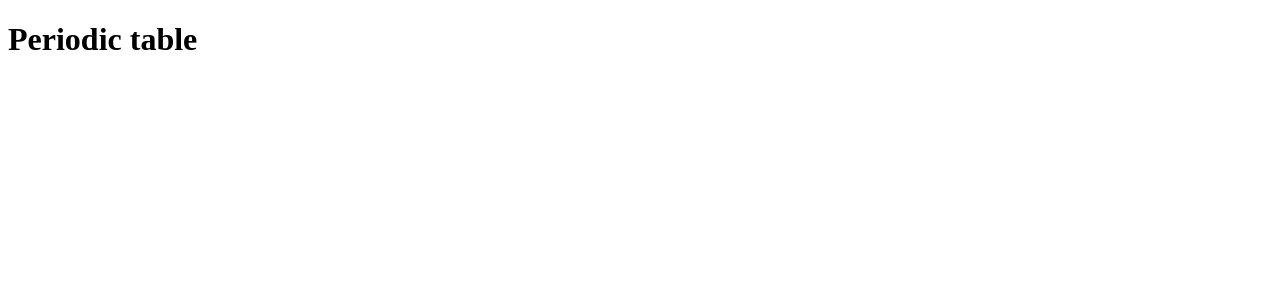
Repository: sannikovcode/exercises-a1
Page: JS/websites/01-periodic table/index.html
These files come from the project's save history. The page is drawn as it stood at one moment and after the next save; the edit follows.
The browser window is 1280 px wide. The pictures show the whole page.

Above is the page before, as saved 2025-10-17 17:13:57.

### JS/websites/01-periodic table/index.html
<!DOCTYPE html>
<html lang="en">

<head>
    <meta charset="UTF-8">
    <meta name="viewport" content="width=device-width, initial-scale=1.0">
    <title>Periodic table</title>
    <link rel="stylesheet" href="styles.css">
</head>

<body>

    <h1>Periodic table</h1>
    <table>

    </table>



</body>

</html>

Loaded but not shown: JS/websites/01-periodic table/styles.css (no stored copy; drawn as an empty file)

After the next save:
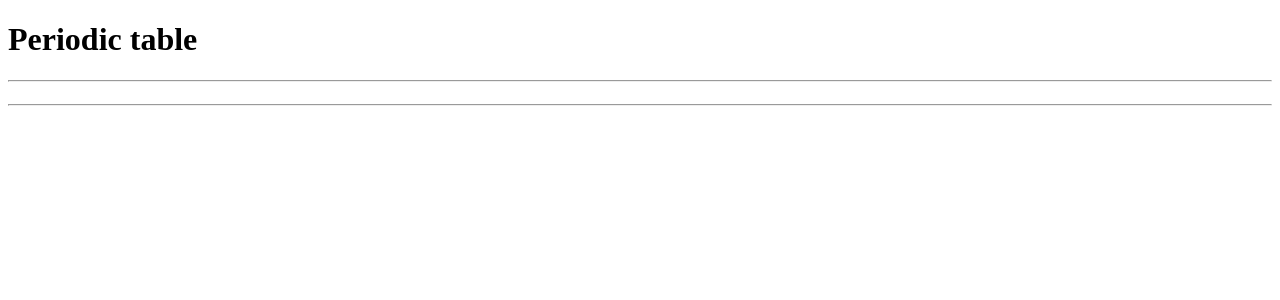
Saved 5 min 30 s later.
--- a/JS/websites/01-periodic table/index.html
+++ b/JS/websites/01-periodic table/index.html
@@ -11,9 +11,14 @@
 <body>
 
     <h1>Periodic table</h1>
+    <hr>
     <table>
+        <tr>
+            <td></td>
+        </tr>
 
     </table>
+    <hr>
 
 
 
